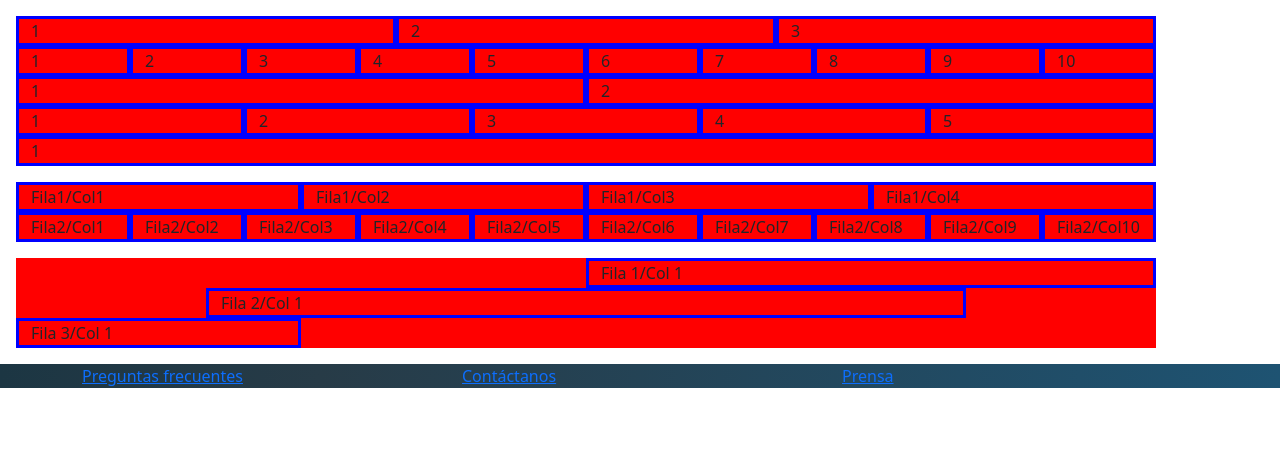
Repository: alexvl06/alexvl06.github.io
Page: index.html
These files come from the project's save history. The page is drawn as it stood at one moment and after the next save; the edit follows.
The browser window is 1280 px wide. The pictures show the whole page.

Above is the page before, as saved 2022-07-11 08:45:23.

### index.html
<!DOCTYPE html>
<html lang="en">
  <head>
    <meta charset="utf-8" />
    <meta name="viewport" content="width=device-width, initial-scale=1" />
    <title>Bootstrap demo</title>
    <link
      href="https://cdn.jsdelivr.net/npm/bootstrap@5.2.0-beta1/dist/css/bootstrap.min.css"
      rel="stylesheet"
      integrity="sha384-0evHe/X+R7YkIZDRvuzKMRqM+OrBnVFBL6DOitfPri4tjfHxaWutUpFmBp4vmVor"
      crossorigin="anonymous"
    />
    <link rel="stylesheet" href="index.css" />
  </head>
  <body>
    <div class="container m-3" style="background: red">
      <div class="row">
        <div class="col" style="border: solid blue">1</div>
        <div class="col" style="border: solid blue">2</div>
        <div class="col" style="border: solid blue">3</div>
      </div>
      <div class="row">
        <div class="col" style="border: solid blue">1</div>
        <div class="col" style="border: solid blue">2</div>
        <div class="col" style="border: solid blue">3</div>
        <div class="col" style="border: solid blue">4</div>
        <div class="col" style="border: solid blue">5</div>
        <div class="col" style="border: solid blue">6</div>
        <div class="col" style="border: solid blue">7</div>
        <div class="col" style="border: solid blue">8</div>
        <div class="col" style="border: solid blue">9</div>
        <div class="col" style="border: solid blue">10</div>
      </div>
      <div class="row">
        <div class="col" style="border: solid blue">1</div>
        <div class="col" style="border: solid blue">2</div>
      </div>
      <div class="row">
        <div class="col" style="border: solid blue">1</div>
        <div class="col" style="border: solid blue">2</div>
        <div class="col" style="border: solid blue">3</div>
        <div class="col" style="border: solid blue">4</div>
        <div class="col" style="border: solid blue">5</div>
      </div>
      <div class="row">
        <div class="col" style="border: solid blue">1</div>
      </div>
    </div>

    <div class="container m-3" style="background: red">
      <div class="row">
        <div class="col-6 col-md-3" style="border: solid blue">Fila1/Col1</div>
        <div class="col-6 col-md-3" style="border: solid blue">Fila1/Col2</div>
        <div class="col-6 col-md-3" style="border: solid blue">Fila1/Col3</div>
        <div class="col-6 col-md-3" style="border: solid blue">Fila1/Col4</div>
      </div>
      <div class="row">
        <div class="col-12 col-md-6 col-lg" style="border: solid blue">
          Fila2/Col1
        </div>
        <div class="col-12 col-md-6 col-lg" style="border: solid blue">
          Fila2/Col2
        </div>
        <div class="col-12 col-md-6 col-lg" style="border: solid blue">
          Fila2/Col3
        </div>
        <div class="col-12 col-md-6 col-lg" style="border: solid blue">
          Fila2/Col4
        </div>
        <div class="col-12 col-md-6 col-lg" style="border: solid blue">
          Fila2/Col5
        </div>
        <div class="col-12 col-md-6 col-lg" style="border: solid blue">
          Fila2/Col6
        </div>
        <div class="col-12 col-md-6 col-lg" style="border: solid blue">
          Fila2/Col7
        </div>
        <div class="col-12 col-md-6 col-lg" style="border: solid blue">
          Fila2/Col8
        </div>
        <div class="col-12 col-md-6 col-lg" style="border: solid blue">
          Fila2/Col9
        </div>
        <div class="col-12 col-md-6 col-lg" style="border: solid blue">
          Fila2/Col10
        </div>
      </div>
    </div>

    <div class="container m-3" style="background: red">
      <div class="row">
        <div class="col-12 col-md-6 offset-md-6" style="border: solid blue">
          Fila 1/Col 1
        </div>
      </div>
      <div class="row">
        <div class="col-8 offset-md-2" style="border: solid blue">
          Fila 2/Col 1
        </div>
      </div>
      <div class="row">
        <div class="col-3 offset-9 offset-md-0" style="border: solid blue">
          Fila 3/Col 1
        </div>
      </div>
    </div>

    <footer id="footer">
      <div class="container">
        <div class="row">
          <div class="col">
            <a href="#">Preguntas frecuentes</a>
          </div>
          <div class="col">
            <a href="#">Contáctanos</a>
          </div>
          <div class="col">
            <a href="#">Prensa</a>
          </div>
        </div>
      </div>
    </footer>
    <script
      src="https://cdn.jsdelivr.net/npm/bootstrap@5.2.0-beta1/dist/js/bootstrap.bundle.min.js"
      integrity="sha384-pprn3073KE6tl6bjs2QrFaJGz5/SUsLqktiwsUTF55Jfv3qYSDhgCecCxMW52nD2"
      crossorigin="anonymous"
    ></script>
  </body>
</html>

### index.css
#footer{
  background: linear-gradient(90deg, #1c3643, #273b47 25%, #1e5372)
}

After the next save:
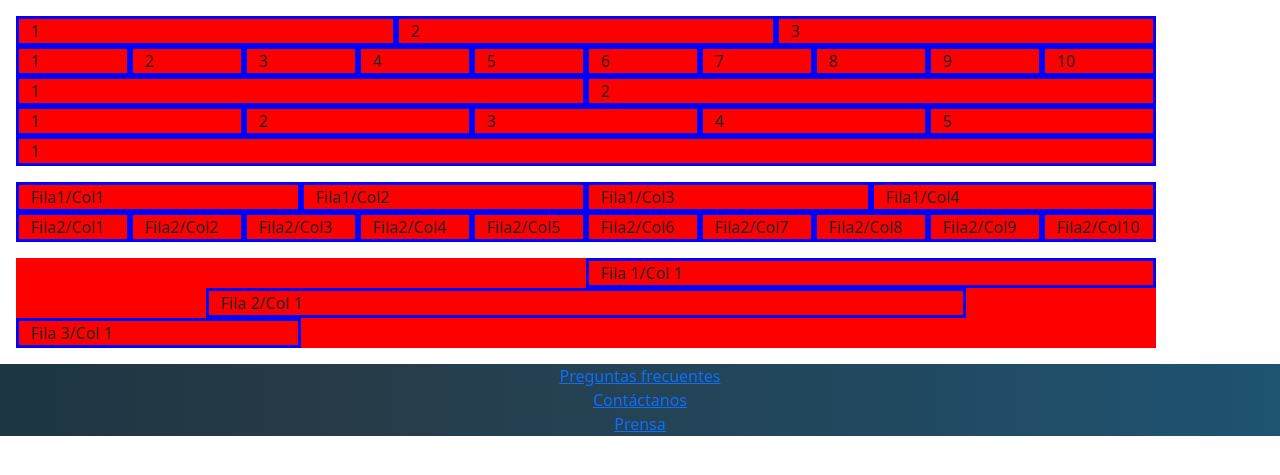
Saved 2 min 18 s later.
--- a/index.html
+++ b/index.html
@@ -108,14 +108,14 @@
 
     <footer id="footer">
       <div class="container">
-        <div class="row">
-          <div class="col">
+        <div class="row text-center">
+          <div class="col-12">
             <a href="#">Preguntas frecuentes</a>
           </div>
-          <div class="col">
+          <div class="col-12">
             <a href="#">Contáctanos</a>
           </div>
-          <div class="col">
+          <div class="col-12">
             <a href="#">Prensa</a>
           </div>
         </div>
